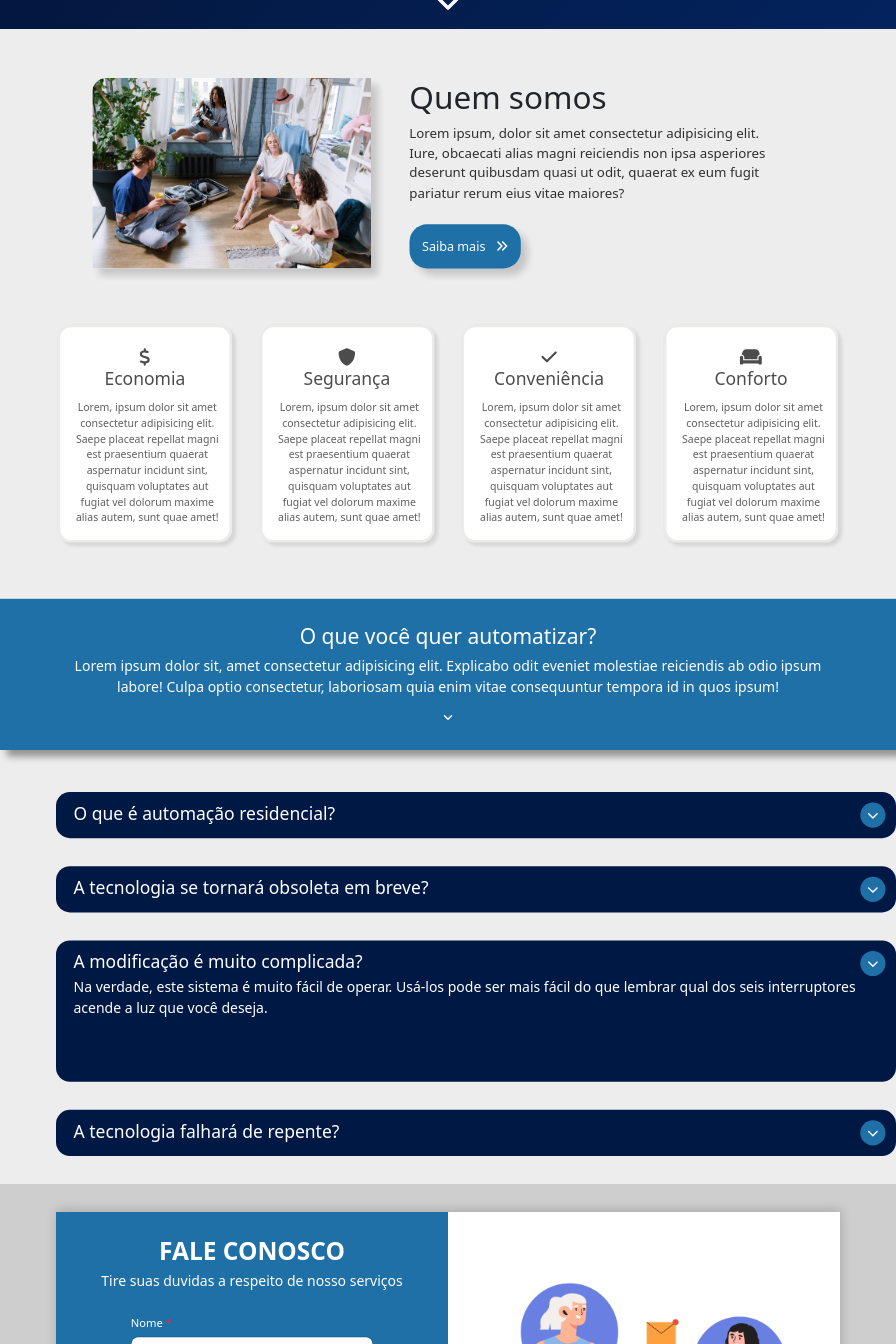
Repository: BulleST/SouHi_Institucional
Page: index.html
An editor plug-in stored every save of this project. The page is shown before and after the next save, followed by the edit.
The browser window is 1280 px wide. The pictures show the part of the page from y = 678 to 2598 px (the page is 3466 px tall), at 70% of full size.
A picture or video elsewhere on the page could not be fetched, so the positions and the page height are approximate.

Above is the page before, as saved 2022-11-04 15:51:22.

### index.html
<!DOCTYPE html>
<html lang="pt-br">

<head>
  <meta charset="UTF-8">
  <meta http-equiv="X-UA-Compatible" content="IE=edge">
  <meta name="viewport" content="width=device-width, initial-scale=1.0">
  <title>SouHi - Soluções Automatizadas</title>

  <script src="https://code.jquery.com/jquery-3.6.1.js" integrity="sha256-3zlB5s2uwoUzrXK3BT7AX3FyvojsraNFxCc2vC/7pNI="
    crossorigin="anonymous"></script>



  <!-- Bootstrap -->
  <link href="https://cdn.jsdelivr.net/npm/bootstrap@5.2.2/dist/css/bootstrap.min.css" rel="stylesheet"
    integrity="sha384-Zenh87qX5JnK2Jl0vWa8Ck2rdkQ2Bzep5IDxbcnCeuOxjzrPF/et3URy9Bv1WTRi" crossorigin="anonymous">
  <script src="https://cdn.jsdelivr.net/npm/bootstrap@5.2.2/dist/js/bootstrap.bundle.min.js"
    integrity="sha384-OERcA2EqjJCMA+/3y+gxIOqMEjwtxJY7qPCqsdltbNJuaOe923+mo//f6V8Qbsw3"
    crossorigin="anonymous"></script>
  <!-- Fontawesome -->
  <link rel="stylesheet" href="https://cdnjs.cloudflare.com/ajax/libs/font-awesome/6.2.0/css/all.min.css"
    integrity="sha512-xh6O/CkQoPOWDdYTDqeRdPCVd1SpvCA9XXcUnZS2FmJNp1coAFzvtCN9BmamE+4aHK8yyUHUSCcJHgXloTyT2A=="
    crossorigin="anonymous" referrerpolicy="no-referrer" />
  <script src="https://cdnjs.cloudflare.com/ajax/libs/font-awesome/6.2.0/js/all.min.js"
    integrity="sha512-naukR7I+Nk6gp7p5TMA4ycgfxaZBJ7MO5iC3Fp6ySQyKFHOGfpkSZkYVWV5R7u7cfAicxanwYQ5D1e17EfJcMA=="
    crossorigin="anonymous" referrerpolicy="no-referrer"></script>

  <!-- Slick Carousel -->
  <link rel="stylesheet" type="text/css" href="https://cdn.jsdelivr.net/npm/slick-carousel@1.8.1/slick/slick.css" />
  <script type="text/javascript" src="https://cdn.jsdelivr.net/npm/slick-carousel@1.8.1/slick/slick.min.js"></script>

  <!-- AOS -->
  <link rel="stylesheet" href="https://unpkg.com/aos@next/dist/aos.css">
  <script src="https://unpkg.com/aos@next/dist/aos.js"></script>

<!-- Jquery Ui -->
<link type="text/css" href="./jquery-ui-1.13.2.custom/jquery-ui.css">
<link type="text/css" href="./jquery-ui-1.13.2.custom/jquery-ui.structure.css">
<link type="text/css" href="./jquery-ui-1.13.2.custom/jquery-ui.theme.css">
<script src="./jquery-ui-1.13.2.custom/jquery-ui.js" text="text/javascript"></script>

  <link rel="stylesheet" type="text/css" href="./style.css">
  <script src="script.js" defer ></script>

</head>

<body class="testeee">

  <header>
    <div class="header-container bg-on" id="header">
      <div class="header-position">
        <div class="flex-item-image">
          <img src="img/logo_claro.png" alt="Logo Souhi">
        </div>
        <div class="flex-item-rotas">
          <nav class="rotas">
            <ul>
              <li> <a class="header__navigation-link" href="#home">Home</a></li>
              <li><a class="header__navigation-link" href="#quem-somos">Quem somos</a></li>
              <li><a class="header__navigation-link" href="#produtos">Ofertas</a></li>
              <li><a class="header__navigation-link" href="#duvidas">FAQ</a></li>
              <li><a class="header__navigation-link" href="#contatos">Contatos</a></li>
            </ul>
          </nav>
        </div>
        <div class="flex-item-contato">
          <a href="" class="btn-fale-conosco">Fale conosco!</a>
        </div>
      </div>
    </div>
  </header>


  <section>
    <section class="carrossel" id="inicio">
      <button class="btn-scroll-down">
        <i class="fas fa-chevron-down"></i>
      </button>
      <div class="slider">
        <div class=" first-item">
          <div class="slider__item-inner slider__item d-flex first-item-inner">
            <div class="slider__item-content first-content">
              <h3>Lorem Ipsum</h3>
              <hr>
              <p>Lorem ipsum dolor, sit amet consectetur adipisicing elit. Beatae fugiat voluptas consequatur voluptate
                perspiciatis aspernatur voluptates dolores inventore vero incidunt officia, modi dolorum. </p>
              <p class="my-2">Conheça nossos produtos!</p>
              <button class="btn btn-confira">Confira</button>
            </div>
            <div class="slider__item-image first-image">
              <img src="./img/house.png" alt="">
            </div>
          </div>
        </div>
        <div class="  second-item">

          <div class=" d-flex slider__item  second-item-inner">

            <div class="second-contain">
              <div class=" second-image">

                <img src="img/ic_launcher.png" alt="">
                <img src="./img/phone.png" alt="">

              </div>
              <div class=" second-content">
                <h3>Lorem Ipsum</h3>

                <p>Lorem ipsum dolor, sit amet consectetur adipisicing elit. </p>
                <a href="" class="btn-fale-conosco">Fale conosco!</a>

              </div>

            </div>

          </div>
        </div>
        <div class="  third-item">
          <div class=" d-flex slider__item  third-item-inner">
            <div class="third-contain">
              <div class=" third-image">
                <img src="img/smart-house-8.png" alt="">
              </div>
              <div class=" third-content">
                <h3>Lorem Ipsum Ipsum</h3>
                <p>Lorem ipsum dolor, sit amet consectetur adipisicing elit. Lorem ipsum dolor, sit amet consectetur
                  adipisicing elit. orem ipsum dolor, sit amet consectetur adipisicing elit. </p>
                <a href="" class="btn-fale-conosco mt-2">Fale conosco!</a>
              </div>
            </div>
          </div>
        </div>
      </div>
      </div>
    </section>


      <div class="container wrapper">
        <section class="quem-somos" id="quem-somos">
          <img src="img/teste.jpg" alt="" class="imagem" data-aos="fade-right">
          <div class="quem-somos-texto" data-aos="fade-left">

            <h1>Quem somos</h1>
            <p>Lorem ipsum, dolor sit amet consectetur adipisicing elit. Iure, obcaecati alias magni reiciendis non ipsa
              asperiores deserunt quibusdam quasi ut odit, quaerat ex eum fugit pariatur rerum eius vitae maiores?</p>

            <button class="btn">Saiba mais <span> <i class="fa-solid fa-angles-right"></i></span></button>
          </div>
        </section>
        <div class="beneficios-bg">
        <div class="beneficios">
          <div class="card card-1" data-aos="fade-up">
            <div class="card-texto">
              <span> <i class="fa-solid fa-dollar-sign icone-card"></i></span>
              <h1>Economia</h1>
              <p>Lorem, ipsum dolor sit amet consectetur adipisicing elit. Saepe placeat repellat magni est praesentium
                quaerat aspernatur incidunt sint, quisquam voluptates aut fugiat vel dolorum maxime alias autem, sunt
                quae amet!</p>
            </div>
          </div>
          <div class="card card-2" data-aos="fade-up">
            <div class="card-texto">
              <span> <i class="fa-solid fa-shield icone-card"></i></span>
              <h1>Segurança</h1>
              <p>Lorem, ipsum dolor sit amet consectetur adipisicing elit. Saepe placeat repellat magni est praesentium
                quaerat aspernatur incidunt sint, quisquam voluptates aut fugiat vel dolorum maxime alias autem, sunt
                quae amet!</p>
            </div>
          </div>
          <div class="card card-3" data-aos="fade-up">
            <div class="card-texto">
              <span> <i class="fa-solid fa-check icone-card"></i></span>
              <h1>Conveniência</h1>
              <p>Lorem, ipsum dolor sit amet consectetur adipisicing elit. Saepe placeat repellat magni est praesentium
                quaerat aspernatur incidunt sint, quisquam voluptates aut fugiat vel dolorum maxime alias autem, sunt
                quae amet!</p>
            </div>
          </div>
          <div class="card card-4" data-aos="fade-up">
            <div class="card-texto">
              <span> <i class="fa-solid fa-couch icone-card"></i></span>
              <h1>Conforto</h1>
              <p>Lorem, ipsum dolor sit amet consectetur adipisicing elit. Saepe placeat repellat magni est praesentium
                quaerat aspernatur incidunt sint, quisquam voluptates aut fugiat vel dolorum maxime alias autem, sunt
                quae amet!</p>
            </div>
          </div>
        </div>
      </div>
      </div>


      <div class="produtos-fechado" id="produtos">
        <div class="produtos-texto">
          <h1>O que você quer automatizar?</h1>
          <p>Lorem ipsum dolor sit, amet consectetur adipisicing elit. Explicabo odit eveniet molestiae reiciendis ab
            odio ipsum labore! Culpa optio consectetur, laboriosam quia enim vitae consequuntur tempora id in quos
            ipsum!</p>

          <span class=" icone-produtos"><i class=" fa-solid fa-angle-down " id="show-or-hide"></i></span>
        </div>

      </div>
      <div class="produtos-aberto">
        <div class=" sessao  mySwiper container">
          <div class="swiper-wrapper content">

            <div class="swiper-slide card">
              <div class="card-content">

                <div class="image">
                  <img src="https://source.unsplash.com/random/250x250" alt="" class="eseu">

                </div>
              </div>
            </div>

            <div class="swiper-slide card">
              <div class="card-content">

                <div class="image">
                  <img src="https://source.unsplash.com/random/250x250" alt="" class="eseu">
                </div>
              </div>
            </div>

            <div class="swiper-slide card">

              <div class="card-content">

                <div class="image">
                  <img src="https://source.unsplash.com/random/250x250" alt="" class="eseu">
                </div>
              </div>
            </div>

            <div class="swiper-slide card">
              <div class="card-content">


                <div class="image">

                  <img src="https://source.unsplash.com/random/250x250" alt="" class="eseu">
                </div>
              </div>
            </div>
          </div>
        </div>
        <div class="swiper-button-next"></div>
        <div class="swiper-button-prev"></div>
        <div class="swiper-paggination"></div>
      </div>






    <div class="duvidas-container">
      <div class="wrapper">

        <div id="panels">
          <li class="oi">
            <div class="pergunta">
              <h3 class="testedoflex">O que é automação residencial?</h3>
              <i class="icone-pergunta testedoflex fas fa-chevron-down"> </i>
            </div>
            <p>A automação residencial consiste em conexões e integrações entre sistemas inteligentes para permitir que as
              atividades sejam realizadas de forma automática. Geralmente apresenta o uso de sensores em objetos comuns ao
              redor da casa para melhorar a conectividade e o monitoramento. Os principais benefícios são o aumento do
              conforto, bem-estar, praticidade e segurança.</p>
          </li>
          <li>
            <div class="pergunta">
              <h3>A tecnologia se tornará obsoleta em breve?</h3>
              <i class="icone-pergunta fas fa-chevron-down "> </i>
            </div>
            <p> Essa é uma boa pergunta, afinal no mundo da tecnologia há sempre o medo de que novos produtos cheguem a
              qualquer momento e tornem os seus - não tão velhos assim - completamente obsoletos.
              Felizmente, a automação residencial não é o mesmo que substituir seu telefone - você não precisa "comprar um
              novo sistema" a cada dois anos.</p>
          </li>
          <li>
            <div class="pergunta">
              <h3>A modificação é muito complicada? </h3>
              <i class="icone-pergunta fas fa-chevron-down"> </i>
            </div>
            <p>Na verdade, este sistema é muito fácil de operar. Usá-los pode ser mais fácil do que lembrar qual dos seis
              interruptores acende a luz que você deseja.</p>
          </li>
          <li>
            <div class="pergunta">
              <h3>A tecnologia falhará de repente? </h3>
              <i class="icone-pergunta fas fa-chevron-down"> </i>
            </div>
            <p>Não vai. Alguns dispositivos inteligentes que são fáceis de encontrar no mercado a baixo custo podem não ser
              muito confiáveis, mas os sistemas de automação profissional são tecnologias maduras e poderosas.</p>
          </li>
        </div>
      </div>
    </div>
    </div>
    <section class="container-fale-conosco">
      <div class="wrapper">
        <div class="fale-conosco">
          <div class="form">

            <div class="titulo-fale-conosco mt-4">
              <!-- <img src="img/Design sem nome (1).png" alt=""> -->
              <h1>Fale conosco</h1>
              <h3>Tire suas duvidas a respeito de nosso serviços</h3>
            </div>
            <form>

              <div action="" class="form-group mt-2 col-8">
                <label for="" class="form-label">Nome<span class="text-danger"> *</span></label>
                <input type="text" class="form-control" required>
              </div>
              <div action="" class="form-group mt-2 col-8">
                <label for="" class="form-label">E-mail<span class="text-danger"> *</span></label>
                <input type="text" class="form-control" required>
              </div>

              <div action="" class="form-group mt-2 col-8">
                <label for="" class="form-label">Telefone</label>
                <input type="text" class="form-control">

                <div action="" class="form-group mt-2 col-12 ">
                  <label for="" class="form-label">Deixe sua dúvida</label>
                  <textarea class="form-control" cols="80" rows="4"></textarea>
                </div>
              </div>
              <div class="form-group d-flex justify-content-end ">
                <button type="submit" class=" botao-fale-conosco">Enviar</button>
              </div>
          </div>
          </form>


          <div class="bg-img">
            <img src="img/Design sem nome (2).png" alt="">
          </div>
        </div>

    </section>



    </div>
    </div>

    </div>


    <div class="link-top link-on"><a href="#inicio">


        <i class="fa-solid fa-angle-up"></i></a></div>
  </section>

  <section class="footer">

    </div>
    <div class="footer-position">
      <div class="finalizacao">
        <img src="img/pexels-liza-summer-6347719.jpg" alt="" class="footer-img">
        <div class="texto">
          <h1>Aut</h1>
          <h2>Automação residencial</h2>
          <p>Lorem ipsum dolor sit amet consectetur adipisicing elit. Debitis iure nemo, aliquam, quibusdam reiciendis
            ducimus eum provident in id repellendus excepturi cum. Tempora dolorum, consequatur laudantium possimus hic
            modi ratione.</p>
        </div>
      </div>
      <div class="contato">
        <div class="contato-texto">
          <h2>Fale conosco</h2>

          <ul>
            <li><i class="fa-solid fa-location-dot"></i> Av. Paulista São Paulo </li>
            <li><i class='fa fa-whatsapp'></i> xxxxx-xxxxx</li>
            <li><i class="fa-solid fa-phone"></i> (xx) xxxxxx</li>
          </ul>
        </div>
      </div>

    </div>

  </section>

</body>


<script>




</script>

</html>

Loaded but not shown: jquery-ui-1.13.2.custom/jquery-ui.js (library); script.js (87 lines, source omitted); style.css (1451 lines, source omitted)

After the next save:
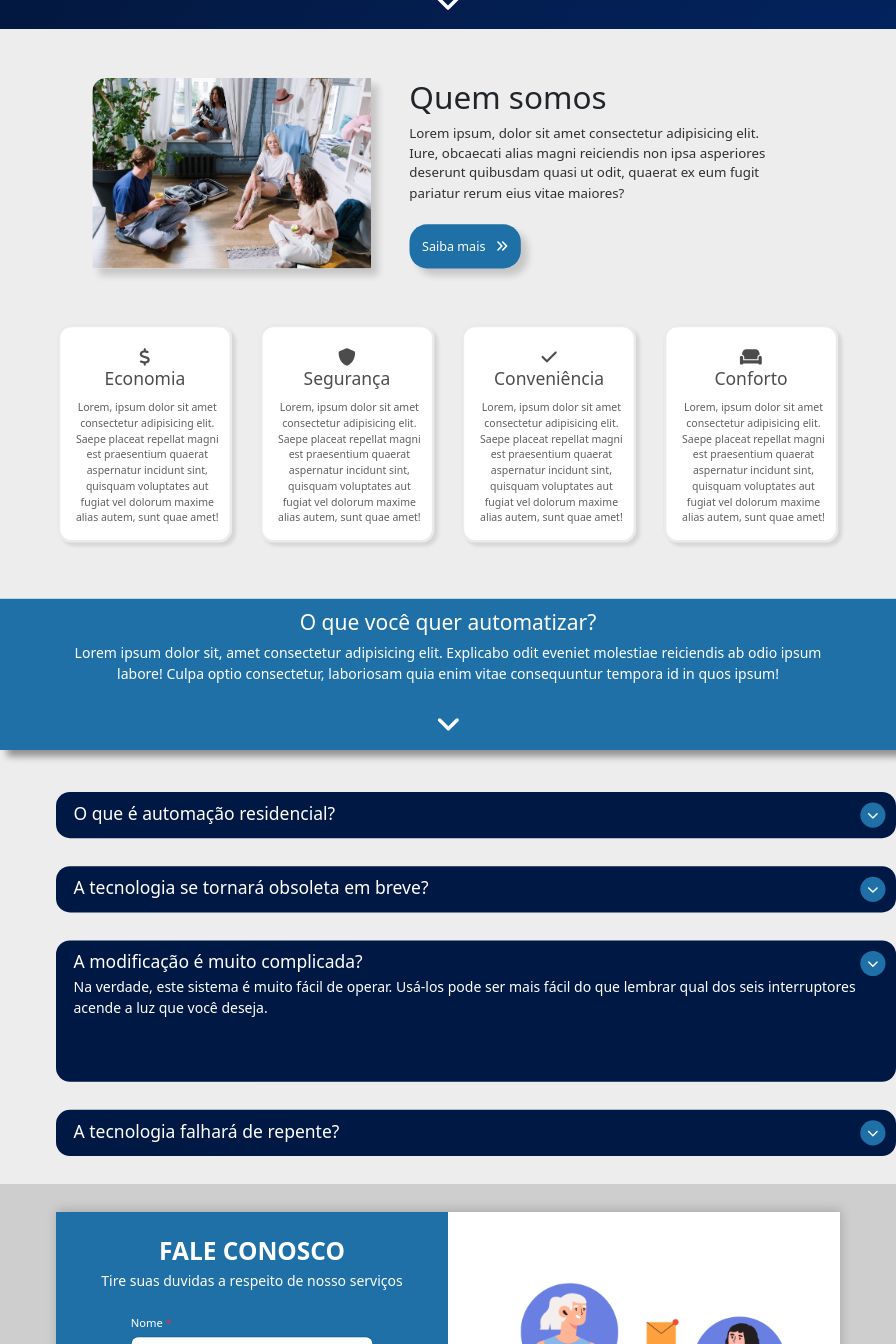
Saved 6 s later.
--- a/index.html
+++ b/index.html
@@ -198,7 +198,7 @@
             odio ipsum labore! Culpa optio consectetur, laboriosam quia enim vitae consequuntur tempora id in quos
             ipsum!</p>
 
-          <span class=" icone-produtos"><i class=" fa-solid fa-angle-down " id="show-or-hide"></i></span>
+          <span class=" icone-produtos"><i class=" fa-solid fa-angle-down down " id="show-or-hide"></i></span>
         </div>
 
       </div>
